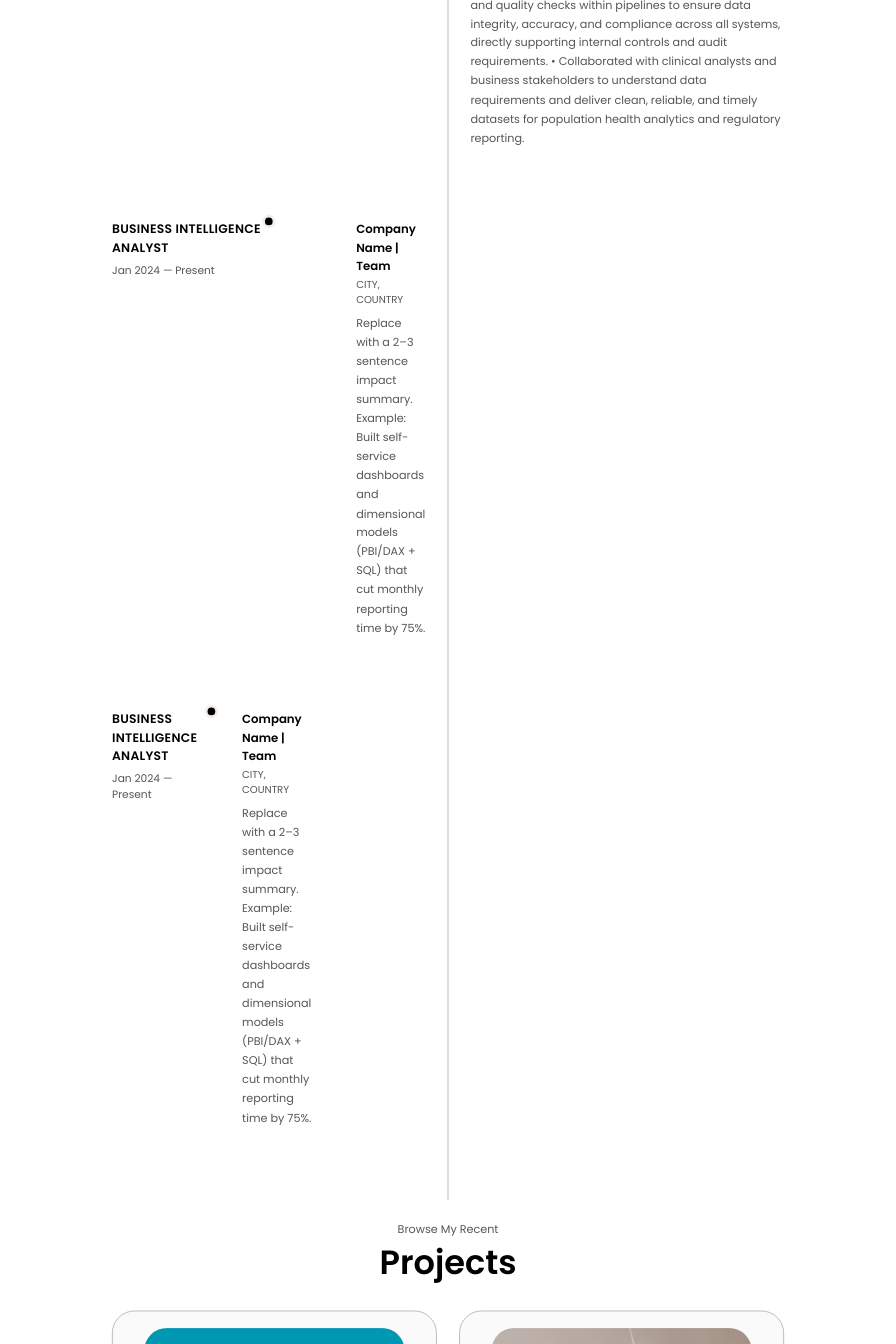
Repository: Komal-A99/komal-albhar
Page: index.html
These files come from the project's save history. The page is drawn as it stood at one moment and after the next save; the edit follows.
The browser window is 1280 px wide. The pictures show the part of the page from y = 2016 to 3936 px (the page is 6247 px tall before and 5493 px after), at 70% of full size.

Above is the page before, as saved 2025-08-26 10:58:26.

After the next save:
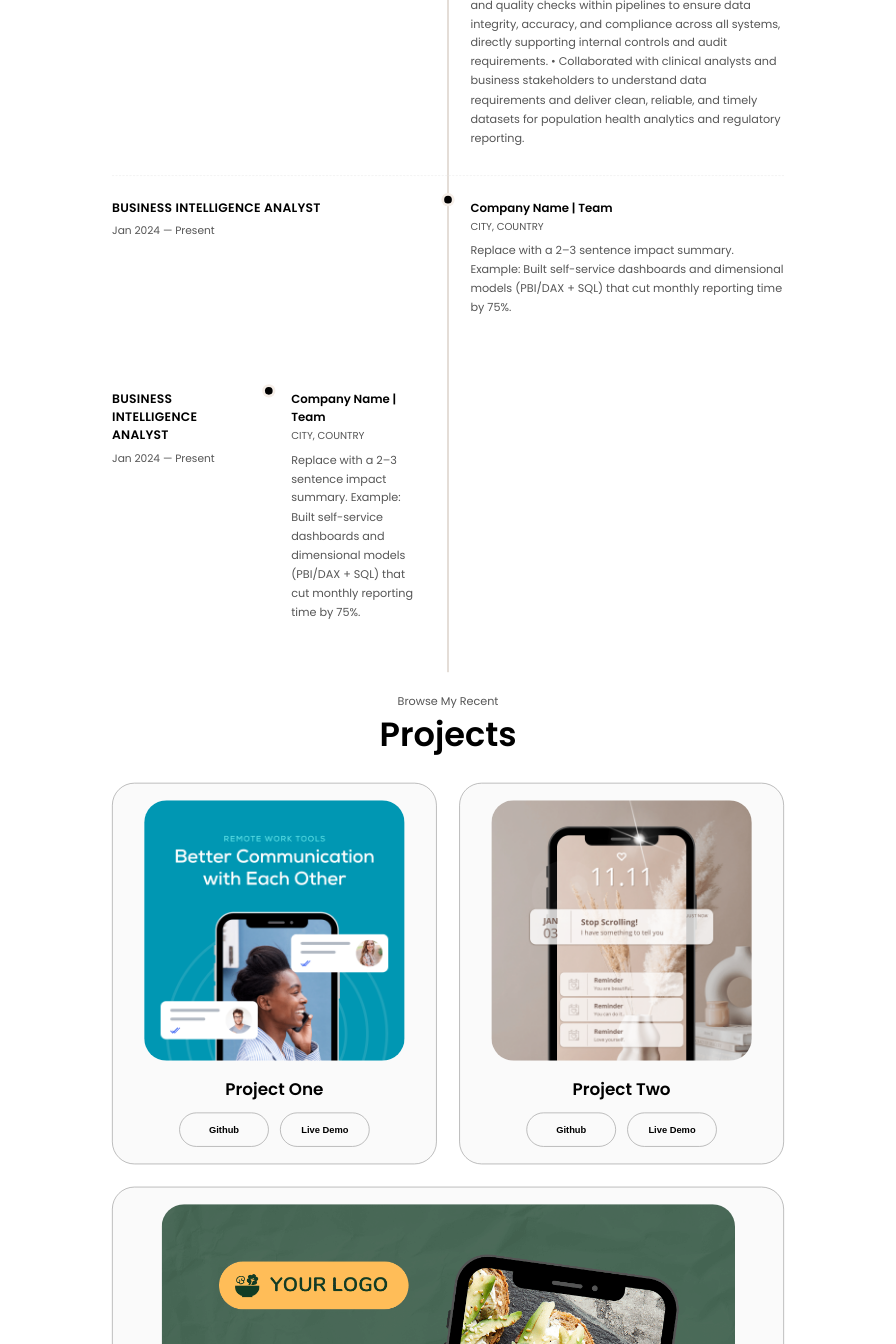
Saved 9 min 55 s later.
--- a/index.html
+++ b/index.html
@@ -155,6 +155,7 @@
               reliable, and timely datasets for population health analytics and regulatory reporting.
             </p>
           </div>
+        </div>
 
           <div class="tl-item">
             <div class="tl-left">
@@ -183,7 +184,7 @@
                   dimensional models (PBI/DAX + SQL) that cut monthly reporting time by 75%.
                 </p>
               </div>
-        </div>
+            </div>
 
         <!-- Duplicate tl-item blocks for each role -->
       </div>
